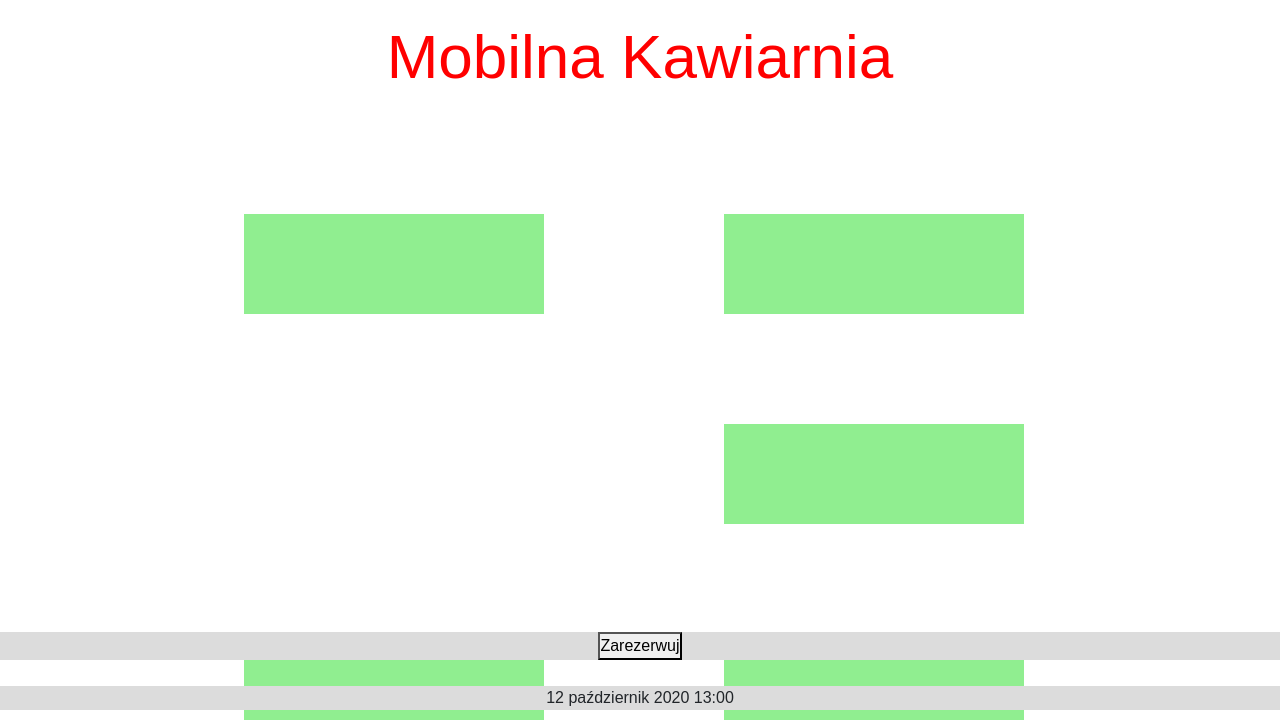
Repository: K009/MobilnaKawiarnia
Page: index.html
These files come from the project's save history. The page is drawn as it stood at one moment and after the next save; the edit follows.
The browser window is 1280 px wide. The pictures show the whole page.

Above is the page before, as saved 2020-12-23 17:06:18.

### index.html
<html>
  <head>
    <title>Mobilna Kawiarnia</title>
    <link rel="stylesheet" href="style.css" />
    <script src="scripts.js"></script>
    <link href="https://cdn.jsdelivr.net/npm/bootstrap@5.0.0-beta1/dist/css/bootstrap.min.css" rel="stylesheet" integrity="sha384-giJF6kkoqNQ00vy+HMDP7azOuL0xtbfIcaT9wjKHr8RbDVddVHyTfAAsrekwKmP1" crossorigin="anonymous">
    <script src="https://cdn.jsdelivr.net/npm/bootstrap@5.0.0-beta1/dist/js/bootstrap.bundle.min.js" integrity="sha384-ygbV9kiqUc6oa4msXn9868pTtWMgiQaeYH7/t7LECLbyPA2x65Kgf80OJFdroafW" crossorigin="anonymous"></script>
  </head>
  <body>
    <div class="main">
        <div class="logo">
          <h1><a href="">Mobilna Kawiarnia</a></h1>
        </div>

        <div id="center">

            <div class="tableUp">
                <svg class ="table" width="300" height="110">
                    <rect class ="table" width="300" height="100"/>
                  </svg>
            </div>

            <div class="tableUp">
                <svg width="300" height="110">
                    <rect class ="table" width="300" height="100"/>
                  </svg>
            </div>

            <div class="tableUp">
                <svg width="300" height="110">
                    <rect class ="table" width="300" height="100"/>
                  </svg>
            </div>

            <div class="tableUp">
                <svg width="300" height="110">
                    <rect class ="table" width="300" height="100"/>
                </svg>
            </div>

            <div class="tableUp">
                <svg width="300" height="110">
                    <rect class ="table" width="300" height="100"/>
                </svg>
            </div>

            <div class="tableUp">
                <svg width="300" height="110">
                    <rect class ="table" width="300" height="100" />
                </svg>
            </div>

        </div>

        <div id="bottomButton">
            <button id="submitDate" onclick="submit(this.id)">Zarezerwuj</button>
        </div>

        <div id="bottomMenu">
            12 październik 2020     13:00
        </div>
    </div>

    <script>

    </script>
  </body>
</html>

### style.css
* {
  margin: 0;
  padding: 0;
  font-family: sans-serif;
}
.main {
  width: 100%;
  height: 100vh;
  position: relative;
  overflow: hidden;
  background: white;
}
.logo {
  flex-basis: 20%;
}
.logo h1 {
  text-align: center;
  color: red;
  font-size: 62px;
  margin: 20 20px;
}
.logo h1 a {
  text-decoration: none;
  color: red;
}
#center {
  margin-left: 5%;
}
.tableUp {
  margin: 100 0 0 180px;
  float: left;
}
.table {
  fill: #90ee90;
}
.table:hover {
  fill: #88e388;
}
#bottomButton {
  background-color: gainsboro;
  text-align: center;
  position: absolute;
  width: 100%;
  bottom: 60px;
}
#submitDate {
  font-size: 16px;
}
#bottomMenu {
  background-color: gainsboro;
  text-align: center;
  position: absolute;
  width: 100%;
  bottom: 10px;
}

### scripts.js
console.log('xxdd');

// let submitButton = document.getElementById('submitDate');

// submitButton.onclick = function () {
//   console.log('klikniety!!');
// };

function submit(clicked_id) {
  console.log(clicked_id);
}

After the next save:
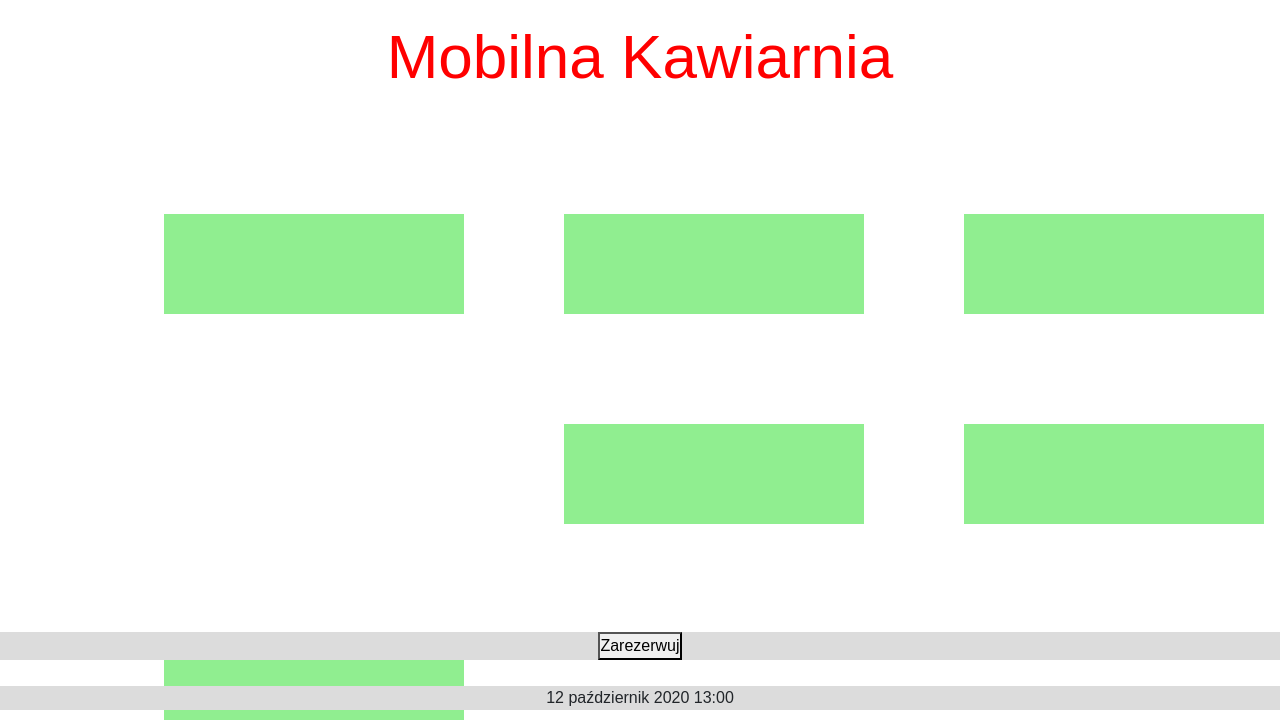
Saved 4 s later.
--- a/style.css
+++ b/style.css
@@ -27,7 +27,7 @@
   margin-left: 5%;
 }
 .tableUp {
-  margin: 100 0 0 180px;
+  margin: 100 0 0 100px;
   float: left;
 }
 .table {
